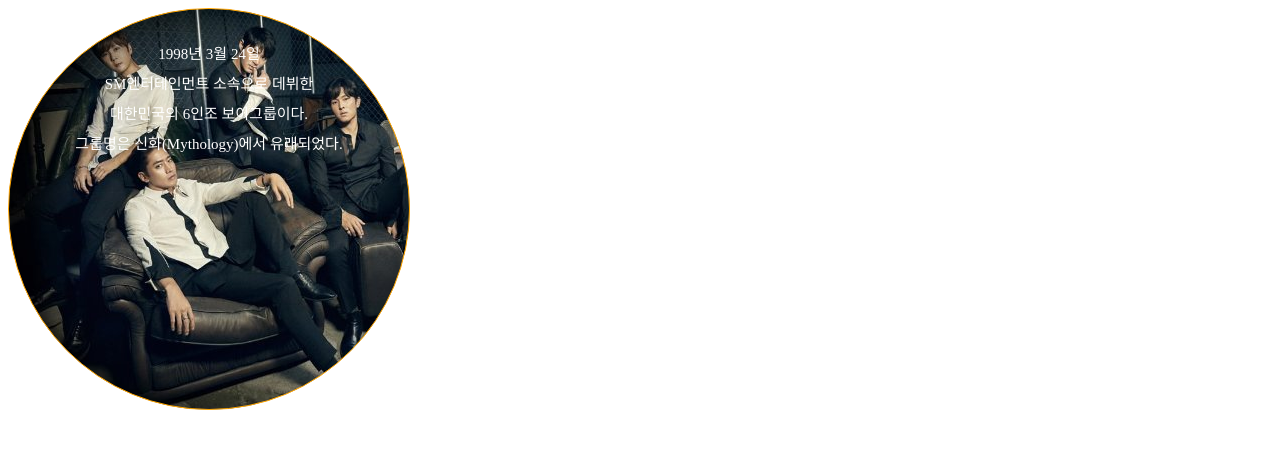
Repository: hminah0215/bitcamp
Page: http://localhost/day0217b/cssTest20.jsp
These files come from the project's save history. The page is drawn as it stood at one moment and after the next save; the edit follows.
The browser window is 1280 px wide. The pictures show the whole page.
The page is served by Tomcat 9.

Above is the page before, as saved 2020-02-17 05:51:22.

After the next save:
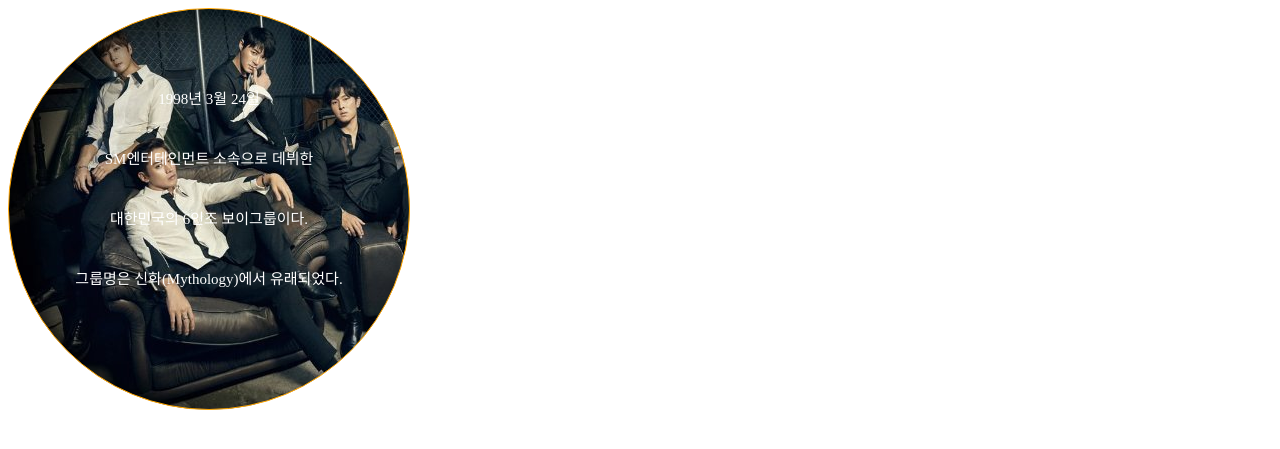
Saved 7 s later.
--- a/save_eclipse/day0217b/WebContent/cssTest20.jsp
+++ b/save_eclipse/day0217b/WebContent/cssTest20.jsp
@@ -17,7 +17,7 @@
 		font-size: 15px;
 		color: white;
 		text-align: center;
-		line-height: 30px;
+		line-height: 60px;
 	}
 </style>
 </head>
